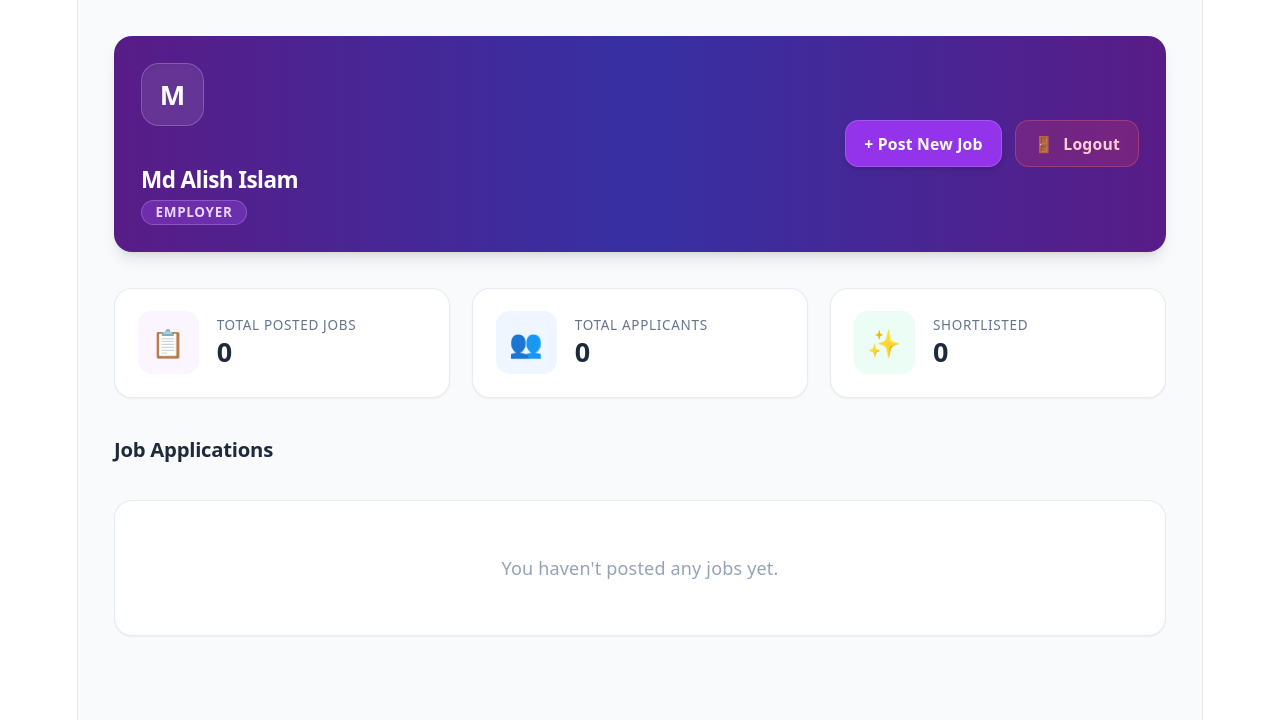
Repository: mdkawsarjomadder/job-portal
Page: /employerdashboard (app in job-portal/frontend/)
These files come from the project's save history. The page is drawn as it stood at one moment and after the next save; the edit follows.
The browser window is 1280 px wide. The pictures show the whole page.
The project was rebuilt for these pictures with package versions that can differ from the ones it lists, and the page was loaded fresh each time. Also part of the build but not shown: job-portal/frontend/vite.config.js, job-portal/frontend/src/pages/Login.jsx, job-portal/frontend/src/pages/Register.jsx, job-portal/frontend/src/pages/ApplicantDashboard.jsx, job-portal/frontend/src/pages/MyApplications.jsx, job-portal/frontend/src/pages/CreateJob.jsx, job-portal/frontend/src/pages/Home.jsx. Imported but missing from the stored project, and not drawn on this page: job-portal/frontend/src/pages/Profile.

Above is the page before, as saved 2026-09-18 23:29:15.

### job-portal/frontend/src/App.jsx
import { BrowserRouter as Router, Routes, Route, Navigate } from 'react-router-dom';
import Login from './pages/Login';
import Register from './pages/Register';
import ApplicantDashboard from './pages/ApplicantDashboard';
import EmployerDashboard from './pages/EmployerDashboard';
import MyApplications from './pages/MyApplications';
import CreateJob from './pages/CreateJob';
import Home from './pages/Home';
import Profile from './pages/Profile';



function App() {
  return (
    <Router>
      <Routes>
        <Route path="/" element={<Home />} />
        <Route path="/home" element={<Home />} />
        <Route path="/login" element={<Login />} />
        <Route path="/profile" element={<Profile />} />
        <Route path="/register" element={<Register />} />
        <Route path="/my-applications" element={<MyApplications />} />
        <Route path="/dashboard" element={<ApplicantDashboard />} />
        <Route path="/employerdashboard" element={<EmployerDashboard />} />
        <Route path="/create-job" element={<CreateJob />} />
        <Route path="*" element={<Navigate to="/" replace />} />
      </Routes>
    </Router>
  );
}

export default App;

### job-portal/frontend/src/pages/EmployerDashboard.jsx
import React, { useEffect, useState } from 'react';
import axios from 'axios';
import { useNavigate, Link } from 'react-router-dom';

export default function EmployerDashboard() {
  const navigate = useNavigate();
  const [user, setUser] = useState(null);
  const [jobsWithApps, setJobsWithApps] = useState([]);

  // Modals state
  const [showLogoutModal, setShowLogoutModal] = useState(false);
  const [deleteJobId, setDeleteJobId] = useState(null);
  const [editingJob, setEditingJob] = useState(null);

  // Form state for editing job
  const [editFormData, setEditFormData] = useState({
    title: '',
    category: '',
    location: '',
    salary: '',
    jobType: '',
    description: '',
  });

  useEffect(() => {
    const storedUser = localStorage.getItem('user');
    if (storedUser) {
      setUser(JSON.parse(storedUser));
    }
    fetchEmployerJobs();
  }, []);

  const fetchEmployerJobs = async () => {
    const token = localStorage.getItem('token');
    if (!token) return;

    try {
      const res = await axios.get('http://localhost:5000/api/jobs/employer-jobs', {
        headers: { Authorization: `Bearer ${token}` },
      });
      setJobsWithApps(res.data);
    } catch (err) {
      console.error('Error fetching employer jobs:', err);
    }
  };

  const handleStatusUpdate = async (applicationId, status) => {
    const token = localStorage.getItem('token');
    try {
      await axios.patch(
        `http://localhost:5000/api/jobs/application-status/${applicationId}`,
        { status },
        { headers: { Authorization: `Bearer ${token}` } }
      );
      fetchEmployerJobs();
    } catch (err) {
      alert(err.response?.data?.message || 'Failed to update status');
    }
  };

  const handleOpenEditModal = (job) => {
    setEditingJob(job);
    setEditFormData({
      title: job.title || '',
      category: job.category || '',
      location: job.location || '',
      salary: job.salary || '',
      jobType: job.jobType || '',
      description: job.description || '',
    });
  };

  const handleUpdateJob = async (e) => {
    e.preventDefault();
    const token = localStorage.getItem('token');
    try {
      await axios.put(`http://localhost:5000/api/jobs/${editingJob.id}`, editFormData, {
        headers: { Authorization: `Bearer ${token}` },
      });
      setEditingJob(null);
      fetchEmployerJobs();
    } catch (err) {
      alert(err.response?.data?.message || 'Failed to update job');
    }
  };

  const handleConfirmDeleteJob = async () => {
    if (!deleteJobId) return;
    const token = localStorage.getItem('token');
    try {
      await axios.delete(`http://localhost:5000/api/jobs/${deleteJobId}`, {
        headers: { Authorization: `Bearer ${token}` },
      });
      setDeleteJobId(null);
      fetchEmployerJobs();
    } catch (err) {
      alert(err.response?.data?.message || 'Failed to delete job');
    }
  };

  const confirmLogout = () => {
    localStorage.removeItem('token');
    localStorage.removeItem('user');
    navigate('/login');
  };

  const totalJobs = jobsWithApps.length;
  const totalApplicants = jobsWithApps.reduce((acc, job) => acc + (job.applications?.length || 0), 0);
  const shortlistedCount = jobsWithApps.reduce(
    (acc, job) => acc + (job.applications?.filter((a) => a.status === 'SHORTLISTED').length || 0),
    0
  );

  return (
    <div className="min-h-screen bg-slate-50 p-4 md:p-8 text-left font-sans relative">
      <div className="max-w-6xl mx-auto space-y-8">

        {/* Navbar Header Banner */}
        <div className="bg-gradient-to-r from-purple-900 via-indigo-800 to-purple-900 text-white p-6 rounded-2xl shadow-lg flex flex-col sm:flex-row justify-between items-center sm:items-center gap-6">

         {/* Left Section: Vertically Stacked Profile Info with Tighter Spacing */}
        <div className="flex flex-col items-center sm:items-start text-center sm:text-left">

          {/* 1. Profile Image / Avatar */}
          <div className="w-14 h-14 bg-white/10 backdrop-blur-md text-white border border-white/20 font-bold text-2xl rounded-2xl flex items-center justify-center uppercase shadow-inner shrink-0 mb-1.5">
            {user?.name ? user.name[0] : 'M'}
          </div>

          {/* 2. Name (mb-1 দিয়ে স্পেস কমানো হয়েছে) */}
          <h1 className="text-xl font-bold text-white tracking-tight leading-snug mb-1">
            {user?.name || 'Md Alish Islam'}
          </h1>

          {/* 3. Employee / Employer Badge */}
          <span className="px-3 py-0.5 bg-purple-500/30 border border-purple-300/30 text-purple-200 text-xs font-semibold rounded-full uppercase tracking-wider">
            {user?.role || 'EMPLOYER'}
          </span>

        </div>

          {/* Right Section: Action Buttons */}
          <div className="flex items-center gap-3 w-full sm:w-auto shrink-0 justify-center">
            <Link
              to="/create-job"
              className="flex-1 sm:flex-initial text-center px-4 py-2.5 bg-purple-600 hover:bg-purple-700 text-white font-semibold text-sm rounded-xl transition-all shadow-md hover:shadow-lg border border-purple-400/40 whitespace-nowrap"
            >
              + Post New Job
            </Link>
            <button
              type="button"
              onClick={() => setShowLogoutModal(true)}
              className="px-4 py-2.5 bg-rose-500/20 hover:bg-rose-500/40 text-rose-200 hover:text-white border border-rose-400/30 font-semibold text-sm rounded-xl transition-all flex items-center gap-2 backdrop-blur-sm shrink-0"
            >
              <span>🚪</span>
              <span>Logout</span>
            </button>
          </div>
        </div>

        {/* Analytics Stats Cards */}
        <div className="grid grid-cols-1 sm:grid-cols-3 gap-5">
          <div className="bg-white p-5 rounded-2xl border border-slate-200/80 shadow-sm flex items-center gap-4">
            <div className="p-3 bg-purple-50 text-purple-600 rounded-xl text-2xl">📋</div>
            <div>
              <p className="text-xs font-medium text-slate-500 uppercase tracking-wider">Total Posted Jobs</p>
              <p className="text-2xl font-bold text-slate-800">{totalJobs}</p>
            </div>
          </div>
          <div className="bg-white p-5 rounded-2xl border border-slate-200/80 shadow-sm flex items-center gap-4">
            <div className="p-3 bg-blue-50 text-blue-600 rounded-xl text-2xl">👥</div>
            <div>
              <p className="text-xs font-medium text-slate-500 uppercase tracking-wider">Total Applicants</p>
              <p className="text-2xl font-bold text-slate-800">{totalApplicants}</p>
            </div>
          </div>
          <div className="bg-white p-5 rounded-2xl border border-slate-200/80 shadow-sm flex items-center gap-4">
            <div className="p-3 bg-emerald-50 text-emerald-600 rounded-xl text-2xl">✨</div>
            <div>
              <p className="text-xs font-medium text-slate-500 uppercase tracking-wider">Shortlisted</p>
              <p className="text-2xl font-bold text-slate-800">{shortlistedCount}</p>
            </div>
          </div>
        </div>

        {/* Job List & Applications Section */}
        <div className="space-y-6">
          <div className="flex items-center justify-between">
            <h2 className="text-lg font-bold text-slate-800">Job Applications</h2>
          </div>

          {jobsWithApps.length === 0 ? (
            <div className="bg-white p-12 text-center rounded-2xl border border-slate-200/80 shadow-sm">
              <p className="text-slate-400 font-medium">You haven't posted any jobs yet.</p>
            </div>
          ) : (
            jobsWithApps.map((job) => (
              <div key={job.id} className="bg-white rounded-2xl border border-slate-200/80 shadow-sm overflow-hidden">

                {/* Job Info Banner */}
                <div className="p-6 bg-slate-50/50 border-b border-slate-100 flex flex-col md:flex-row justify-between md:items-center gap-4">
                  <div>
                    <div className="flex items-center gap-3">
                      <h3 className="text-lg font-bold text-slate-800">{job.title}</h3>
                      <span className="px-3 py-0.5 bg-purple-100/70 text-purple-700 text-xs font-semibold rounded-lg">
                        {job.applications?.length || 0} Applicants
                      </span>
                    </div>
                    <div className="flex flex-wrap gap-2 text-xs font-medium text-slate-500 mt-1">
                      <span>📍 {job.location}</span>
                      <span>•</span>
                      <span>💼 {job.category}</span>
                      <span>•</span>
                      <span>⏳ {job.jobType}</span>
                      {job.salary && (
                        <>
                          <span>•</span>
                          <span>💰 {job.salary}</span>
                        </>
                      )}
                    </div>
                  </div>

                  <div className="flex items-center gap-2">
                    <button
                      type="button"
                      onClick={() => handleOpenEditModal(job)}
                      className="px-3 py-1.5 bg-slate-200/80 hover:bg-slate-300/80 text-slate-700 text-xs font-semibold rounded-lg transition flex items-center gap-1"
                    >
                      ✏️ Edit
                    </button>
                    <button
                      type="button"
                      onClick={() => setDeleteJobId(job.id)}
                      className="px-3 py-1.5 bg-rose-100 hover:bg-rose-200 text-rose-700 text-xs font-semibold rounded-lg transition flex items-center gap-1"
                    >
                      🗑️ Delete
                    </button>
                  </div>
                </div>

                {/* Applications Table */}
                {!job.applications || job.applications.length === 0 ? (
                  <div className="p-6 text-center text-sm text-slate-400 italic">
                    No applications received for this job yet.
                  </div>
                ) : (
                  <div className="overflow-x-auto">
                    <table className="w-full text-left border-collapse">
                      <thead className="bg-gradient-to-r from-purple-800 to-indigo-900 text-white text-xs font-bold uppercase tracking-wider">
                        <tr>
                          <th className="py-3.5 px-6">Applicant</th>
                          <th className="py-3.5 px-6">Email</th>
                          <th className="py-3.5 px-6">Resume</th>
                          <th className="py-3.5 px-6">Status</th>
                          <th className="py-3.5 px-6 text-right">Actions</th>
                        </tr>
                      </thead>
                      <tbody className="divide-y divide-slate-100 text-sm">
                        {job.applications.map((app) => (
                          <tr key={app.id} className="hover:bg-purple-50/30 transition">
                            <td className="py-4 px-6 font-semibold text-slate-800">
                              {app.applicant?.name || 'N/A'}
                            </td>
                            <td className="py-4 px-6 text-slate-500">
                              {app.applicant?.email || 'N/A'}
                            </td>
                            <td className="py-4 px-6">
                              {app.resumeUrl ? (
                                <a
                                  href={app.resumeUrl}
                                  target="_blank"
                                  rel="noopener noreferrer"
                                  className="inline-flex items-center gap-1.5 text-purple-600 hover:text-purple-700 font-medium text-xs bg-purple-50 hover:bg-purple-100 px-3 py-1.5 rounded-lg transition"
                                >
                                  📄 View Resume
                                </a>
                              ) : (
                                <span className="text-slate-300 text-xs">Not Provided</span>
                              )}
                            </td>
                            <td className="py-4 px-6">
                              <span
                                className={`inline-flex items-center gap-1.5 px-2.5 py-1 text-xs font-semibold rounded-full ${
                                  app.status === 'SHORTLISTED'
                                    ? 'bg-emerald-100/80 text-emerald-700'
                                    : app.status === 'REJECTED'
                                    ? 'bg-rose-100/80 text-rose-700'
                                    : 'bg-amber-100/80 text-amber-700'
                                }`}
                              >
                                <span
                                  className={`w-1.5 h-1.5 rounded-full ${
                                    app.status === 'SHORTLISTED'
                                      ? 'bg-emerald-500'
                                      : app.status === 'REJECTED'
                                      ? 'bg-rose-500'
                                      : 'bg-amber-500'
                                  }`}
                                ></span>
                                {app.status}
                              </span>
                            </td>
                            <td className="py-4 px-6 text-right">
                              <div className="flex items-center justify-end gap-2">
                                <button
                                  type="button"
                                  onClick={() => handleStatusUpdate(app.id, 'SHORTLISTED')}
                                  disabled={app.status === 'SHORTLISTED'}
                                  className="px-3 py-1.5 bg-emerald-600 hover:bg-emerald-700 disabled:opacity-40 disabled:cursor-not-allowed text-white text-xs font-medium rounded-lg transition shadow-sm"
                                >
                                  Shortlist
                                </button>
                                <button
                                  type="button"
                                  onClick={() => handleStatusUpdate(app.id, 'REJECTED')}
                                  disabled={app.status === 'REJECTED'}
                                  className="px-3 py-1.5 bg-rose-500 hover:bg-rose-600 disabled:opacity-40 disabled:cursor-not-allowed text-white text-xs font-medium rounded-lg transition shadow-sm"
                                >
                                  Reject
                                </button>
                              </div>
                            </td>
                          </tr>
                        ))}
                      </tbody>
                    </table>
                  </div>
                )}
              </div>
            ))
          )}
        </div>

      </div>

      {/* Edit Job Modal */}
      {editingJob && (
        <div className="fixed inset-0 bg-slate-900/40 backdrop-blur-sm z-50 flex items-center justify-center p-4">
          <div className="bg-white rounded-2xl max-w-lg w-full p-6 shadow-2xl space-y-4 border border-slate-100">
            <div className="flex justify-between items-center border-b border-slate-100 pb-3">
              <h3 className="text-lg font-bold text-slate-800">Edit Job Listing</h3>
              <button
                type="button"
                onClick={() => setEditingJob(null)}
                className="text-slate-400 hover:text-slate-600 text-lg font-bold"
              >
                ✕
              </button>
            </div>
            <form onSubmit={handleUpdateJob} className="space-y-4 text-sm">
              <div>
                <label className="block font-semibold text-slate-700 mb-1">Job Title</label>
                <input
                  type="text"
                  required
                  value={editFormData.title}
                  onChange={(e) => setEditFormData({ ...editFormData, title: e.target.value })}
                  className="w-full px-3.5 py-2 border border-slate-200 rounded-xl focus:outline-none focus:border-purple-600"
                />
              </div>
              <div className="grid grid-cols-2 gap-3">
                <div>
                  <label className="block font-semibold text-slate-700 mb-1">Category</label>
                  <input
                    type="text"
                    required
                    value={editFormData.category}
                    onChange={(e) => setEditFormData({ ...editFormData, category: e.target.value })}
                    className="w-full px-3.5 py-2 border border-slate-200 rounded-xl focus:outline-none focus:border-purple-600"
                  />
                </div>
                <div>
                  <label className="block font-semibold text-slate-700 mb-1">Location</label>
                  <input
                    type="text"
                    required
                    value={editFormData.location}
                    onChange={(e) => setEditFormData({ ...editFormData, location: e.target.value })}
                    className="w-full px-3.5 py-2 border border-slate-200 rounded-xl focus:outline-none focus:border-purple-600"
                  />
                </div>
              </div>
              <div className="grid grid-cols-2 gap-3">
                <div>
                  <label className="block font-semibold text-slate-700 mb-1">Salary</label>
                  <input
                    type="text"
                    value={editFormData.salary}
                    onChange={(e) => setEditFormData({ ...editFormData, salary: e.target.value })}
                    className="w-full px-3.5 py-2 border border-slate-200 rounded-xl focus:outline-none focus:border-purple-600"
                  />
                </div>
                <div>
                  <label className="block font-semibold text-slate-700 mb-1">Job Type</label>
                  <select
                    value={editFormData.jobType}
                    onChange={(e) => setEditFormData({ ...editFormData, jobType: e.target.value })}
                    className="w-full px-3.5 py-2 border border-slate-200 rounded-xl focus:outline-none focus:border-purple-600"
                  >
                    <option value="Full-time">Full-time</option>
                    <option value="Part-time">Part-time</option>
                    <option value="Contract">Contract</option>
                    <option value="Remote">Remote</option>
                  </select>
                </div>
              </div>
              <div>
                <label className="block font-semibold text-slate-700 mb-1">Description</label>
                <textarea
                  rows="3"
                  required
                  value={editFormData.description}
                  onChange={(e) => setEditFormData({ ...editFormData, description: e.target.value })}
                  className="w-full px-3.5 py-2 border border-slate-200 rounded-xl focus:outline-none focus:border-purple-600"
                ></textarea>
              </div>
              <div className="flex gap-3 pt-2">
                <button
                  type="button"
                  onClick={() => setEditingJob(null)}
                  className="flex-1 py-2.5 bg-slate-100 hover:bg-slate-200 text-slate-700 font-medium rounded-xl transition"
                >
                  Cancel
                </button>
                <button
                  type="submit"
                  className="flex-1 py-2.5 bg-purple-600 hover:bg-purple-700 text-white font-medium rounded-xl transition shadow-sm"
                >
                  Save Changes
                </button>
              </div>
            </form>
          </div>
        </div>
      )}

      {/* Delete Confirmation Modal */}
      {deleteJobId && (
        <div className="fixed inset-0 bg-slate-900/40 backdrop-blur-sm z-50 flex items-center justify-center p-4">
          <div className="bg-white rounded-2xl max-w-sm w-full p-6 shadow-2xl space-y-4 text-center border border-slate-100">
            <div className="w-12 h-12 bg-rose-100 text-rose-600 rounded-full flex items-center justify-center mx-auto text-xl font-bold">
              🗑️
            </div>
            <div>
              <h3 className="text-lg font-bold text-slate-800">Delete Job Listing?</h3>
              <p className="text-sm text-slate-500 mt-1">
                Are you sure you want to delete this job? All applications linked to this job will also be removed.
              </p>
            </div>
            <div className="flex gap-3 pt-2">
              <button
                type="button"
                onClick={() => setDeleteJobId(null)}
                className="flex-1 py-2.5 bg-slate-100 hover:bg-slate-200 text-slate-700 font-medium text-sm rounded-xl transition"
              >
                Cancel
              </button>
              <button
                type="button"
                onClick={handleConfirmDeleteJob}
                className="flex-1 py-2.5 bg-rose-600 hover:bg-rose-700 text-white font-medium text-sm rounded-xl transition shadow-sm"
              >
                Delete
              </button>
            </div>
          </div>
        </div>
      )}

      {/* Logout Confirmation Modal */}
      {showLogoutModal && (
        <div className="fixed inset-0 bg-slate-900/40 backdrop-blur-sm z-50 flex items-center justify-center p-4">
          <div className="bg-white rounded-2xl max-w-sm w-full p-6 shadow-2xl space-y-4 text-center border border-slate-100">
            <div className="w-12 h-12 bg-rose-100 text-rose-600 rounded-full flex items-center justify-center mx-auto text-xl font-bold">
              🚪
            </div>
            <div>
              <h3 className="text-lg font-bold text-slate-800">Confirm Logout</h3>
              <p className="text-sm text-slate-500 mt-1">Are you sure you want to log out of your employer account?</p>
            </div>
            <div className="flex gap-3 pt-2">
              <button
                type="button"
                onClick={() => setShowLogoutModal(false)}
                className="flex-1 py-2.5 bg-slate-100 hover:bg-slate-200 text-slate-700 font-medium text-sm rounded-xl transition"
              >
                Cancel
              </button>
              <button
                type="button"
                onClick={confirmLogout}
                className="flex-1 py-2.5 bg-rose-600 hover:bg-rose-700 text-white font-medium text-sm rounded-xl transition shadow-sm"
              >
                Logout
              </button>
            </div>
          </div>
        </div>
      )}

    </div>
  );
}

Loaded but not shown: job-portal/frontend/src/main.jsx (common file); job-portal/frontend/tailwind.config.js (common file); job-portal/frontend/src/index.css (120 lines, source omitted)

After the next save:
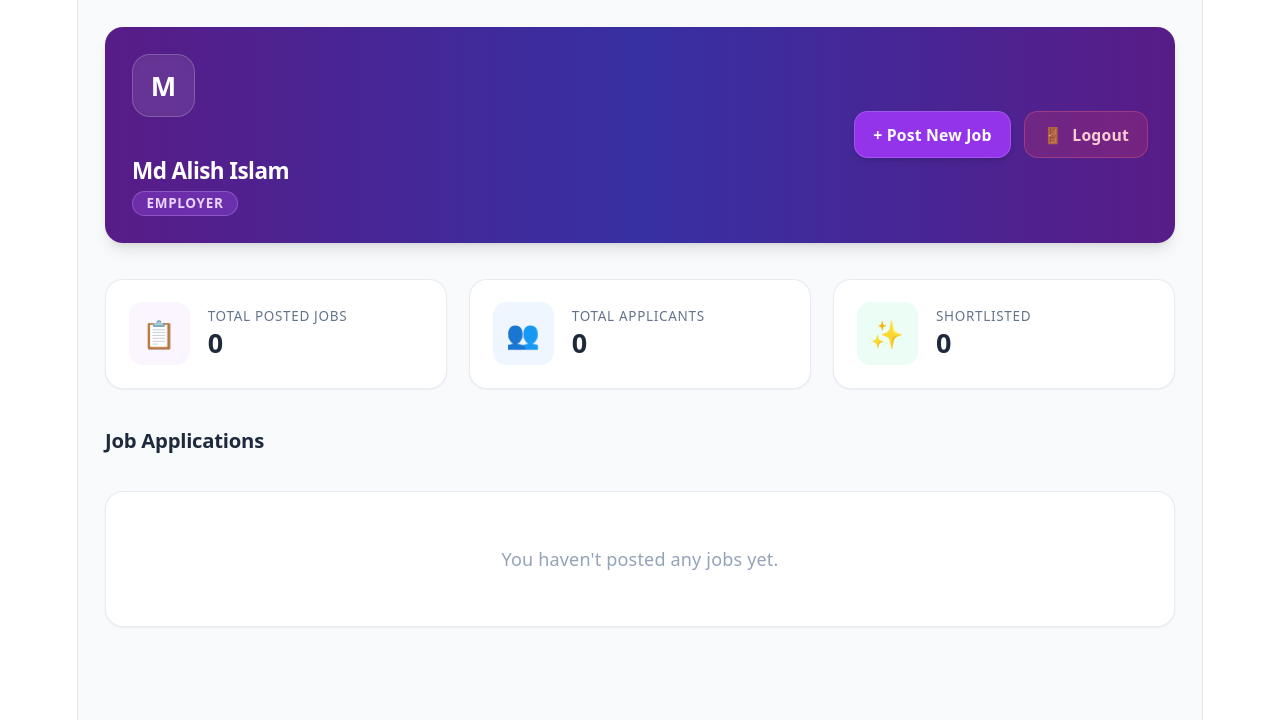
Saved 4 s later.
--- a/job-portal/frontend/src/pages/EmployerDashboard.jsx
+++ b/job-portal/frontend/src/pages/EmployerDashboard.jsx
@@ -112,7 +112,7 @@ export default function EmployerDashboard() {
   );
 
   return (
-    <div className="min-h-screen bg-slate-50 p-4 md:p-8 text-left font-sans relative">
+    <div className="min-h-screen bg-slate-50 p-4 md:p-6 text-left font-sans relative">
       <div className="max-w-6xl mx-auto space-y-8">
 
         {/* Navbar Header Banner */}
